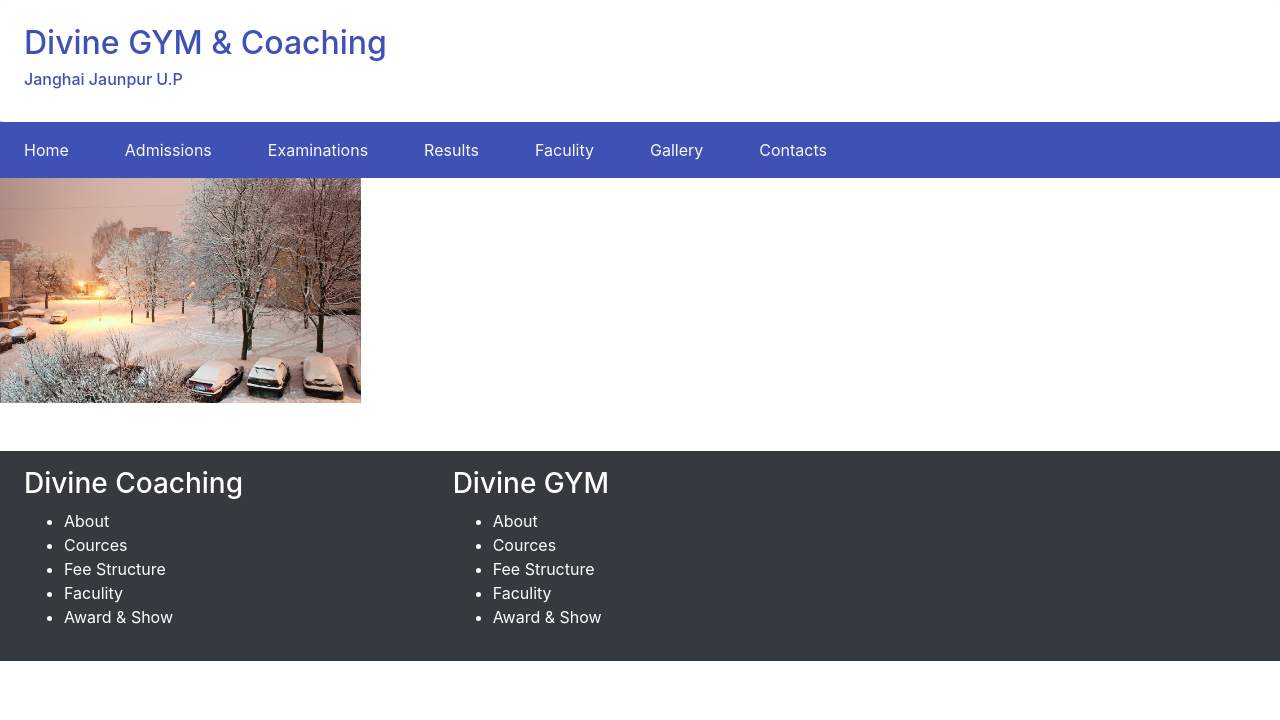
Repository: lalji-yadav/vikash-Coaching-frontend
Page: /gallery
The author's editor kept a copy of each file at every save. The page is drawn from the files as they stood at one save, then again after the next save.
The browser window is 1280 px wide. The pictures show the whole page.
The project was rebuilt for these pictures with package versions that can differ from the ones it lists, and the page was loaded fresh each time. Also part of the build but not shown: src/index.css, src/home/home.js, src/component/admission/admission.js, src/component/examination/examination.js, src/component/results/result.js, src/component/faculity/faculity.js.

Above is the page before, as saved 2021-04-10 21:49:32.

### public/index.html
<!DOCTYPE html>
<html lang="en">
  <head>
    <meta charset="utf-8" />
    <link rel="icon" href="%PUBLIC_URL%/favicon.ico" />
    <meta name="viewport" content="width=device-width, initial-scale=1" />
    <meta name="theme-color" content="#000000" />
    <meta
      name="description"
      content="Web site created using create-react-app"
    />


    <link rel="preconnect" href="https://fonts.gstatic.com">
    <link href="https://fonts.googleapis.com/css2?family=Open+Sans:wght@400;700&display=swap" rel="stylesheet">

    <link rel="apple-touch-icon" href="%PUBLIC_URL%/logo192.png" />
    <!--
      manifest.json provides metadata used when your web app is installed on a
      user's mobile device or desktop. See https://developers.google.com/web/fundamentals/web-app-manifest/
    -->
    <link rel="manifest" href="%PUBLIC_URL%/manifest.json" />


    <link rel="preconnect" href="https://fonts.gstatic.com">
<link href="https://fonts.googleapis.com/css2?family=Open+Sans&display=swap" rel="stylesheet">
    <!--
      Notice the use of %PUBLIC_URL% in the tags above.
      It will be replaced with the URL of the `public` folder during the build.
      Only files inside the `public` folder can be referenced from the HTML.

      Unlike "/favicon.ico" or "favicon.ico", "%PUBLIC_URL%/favicon.ico" will
      work correctly both with client-side routing and a non-root public URL.
      Learn how to configure a non-root public URL by running `npm run build`.
    -->
    <title>React App</title>
  </head>
  <body>
    <noscript>You need to enable JavaScript to run this app.</noscript>
    <div id="root"></div>
    <!--
      This HTML file is a template.
      If you open it directly in the browser, you will see an empty page.

      You can add webfonts, meta tags, or analytics to this file.
      The build step will place the bundled scripts into the <body> tag.

      To begin the development, run `npm start` or `yarn start`.
      To create a production bundle, use `npm run build` or `yarn build`.
    -->
  </body>
</html>

### src/App.js
import React from 'react';
import Header from "../src/header/header"
import { BrowserRouter } from 'react-router-dom';
import Footer from '../src/footer/footer'


function App() {
  return (
    <div style={{overflowX:"hidden"}}>

      <BrowserRouter>
          <Header />
      </BrowserRouter>


      {/* <Routers /> */}


      <Footer />

    </div>
  );
}

export default App;

### src/header/header.js
import React, { Component } from 'react';
import   "./headers.css"
import {Navbar, Nav, NavDropdown,Button,Dropdown} from 'react-bootstrap';
import { Card } from '@material-ui/core';
import {
    BrowserRouter as Router,
    Switch,
    Route,
    Link
  } from "react-router-dom";
import Routers from "../router/router"

class header extends Component {
    render() {
        return (
            <div>
                <Card className="py-4 pl-4">
                    <h2 style={{color:"#3f51b5"}}>Divine GYM & Coaching </h2>
                    <h6 style={{color:"#3f51b5"}}>Janghai Jaunpur U.P</h6>
                </Card>

                <Navbar style={{backgroundColor:"#3f51b5"}} variant="light" expand="lg">
                    <Navbar.Toggle aria-controls="basic-navbar-nav" />
                    <Navbar.Collapse id="basic-navbar-nav">
                    <Nav className="text-light">
                        <Nav.Link className="text-light pr-5" as={Link} to="/home">Home</Nav.Link>
                        <Nav.Link className="text-light pr-5" as={Link} to="/admission">Admissions</Nav.Link>
                        <Nav.Link className="text-light pr-5" as={Link} to="/examination">Examinations</Nav.Link>
                        <Nav.Link className="text-light pr-5" as={Link} to="/results">Results</Nav.Link>
                        <Nav.Link className="text-light pr-5" as={Link} to="/faculity">Faculity</Nav.Link>
                        <Nav.Link className="text-light pr-5" as={Link} to="/gallery">Gallery</Nav.Link>
                        <Nav.Link className="text-light pr-5" as={Link} to="/service">Contacts</Nav.Link>

                    </Nav>
                    </Navbar.Collapse>
                </Navbar>

                <Routers> </Routers>

            </div>
        );
    }
}

export default header;

### src/footer/footer.js
import React, { Component } from 'react';
// import { Card } from 'react-bootstrap';

class footer extends Component {
    render() {
        return (
              <div className="row bg-dark text-white mt-5 py-3 pl-4">

                  <div className="col-sm-4">
                  <h3> Divine Coaching </h3>
                  <ul>
                         <li> About </li>
                         <li> Cources </li>
                         <li> Fee Structure </li>
                         <li> Faculity </li>
                         <li> Award & Show </li>
                     </ul>
                  </div>

                  <div className="col-sm-4">
                  <h3> Divine GYM </h3>
                  <ul>
                         <li> About </li>
                         <li> Cources </li>
                         <li> Fee Structure </li>
                         <li> Faculity </li>
                         <li> Award & Show </li>
                     </ul>
                  </div>
              </div>
        );
    }
}

export default footer;

### src/header/headers.css
.header {
    color: black;
    font-size: 2vw;
    padding: 25px 10px 25px 10px;
    background-color: rgb(150, 153, 150);
}
.nav.navbar-nav.navbar-right li a {
    color: blue;
}
.nav-link {
    color: white;
  }
#nav-link {
   color: white;
}
a:hover {
    color: wheat;
}
@media (min-width: 992px) {
.navbar-expand-lg .navbar-nav .nav-link {
    padding-right: 5.5rem;
    padding-left: 5.5rem;
}
}

### src/router/router.js
import React, { Component } from 'react';
import {
    Switch,
    Route,
    Link
  } from "react-router-dom";
  import Home from '../home/home'
  import Admission from "../component/admission/admission"
  import Examination from "../component/examination/examination"
  import Result from "../component/results/result"
  import Faculity from "../component/faculity/faculity"
import Gallery from '../component/gallery/gallery';

class router extends Component {
    render() {
        return (
            <div>
                   <Switch>
                    <Route exact path="/" component={Home} />
                    <Route exact path="/home" component={Home} />
                    <Route exact path="/admission" component={Admission} />
                    <Route exact path="/examination" component={Examination} />
                    <Route exact path="/results" component={Result} />
                    <Route exact path="/faculity" component={Faculity} />
                    <Route exact path="/gallery" component={Gallery} />
                    </Switch>

            </div>
        );
    }
}

export default router;

### src/component/gallery/gallery.js
import { Height } from '@material-ui/icons';
import React, { Component } from 'react';

class gallery extends Component {
    render() {
        return (
            <div>
                <div className="row">
                    <div className="col-md-5">

                        <img style={{width:"70%"}} src={process.env.PUBLIC_URL + '/image/gallery/Admin/0 (22) - Copy.jpg'} alt="" />

                    </div>

                    <div className="col-md-5">

                    </div>


                </div>
            </div>
        );
    }
}

export default gallery;

Loaded but not shown: src/index.js (common file); src/serviceWorker.js (common file)

After the next save:
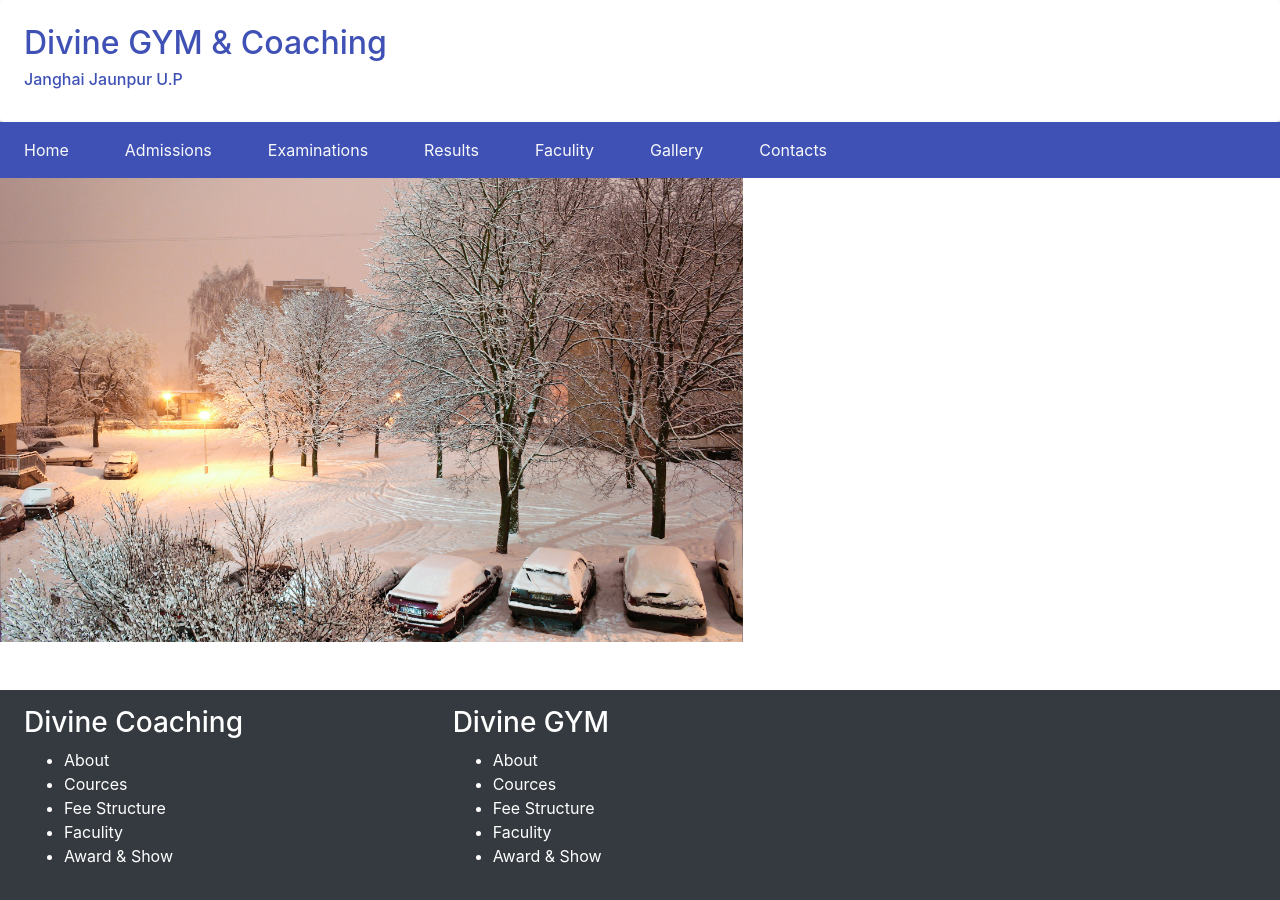
Saved 38 s later.
--- a/src/component/gallery/gallery.js
+++ b/src/component/gallery/gallery.js
@@ -6,7 +6,7 @@ class gallery extends Component {
         return (
             <div>
                 <div className="row">
-                    <div className="col-md-5">
+                    <div className="col-sm-10">
 
                         <img style={{width:"70%"}} src={process.env.PUBLIC_URL + '/image/gallery/Admin/0 (22) - Copy.jpg'} alt="" />
 
